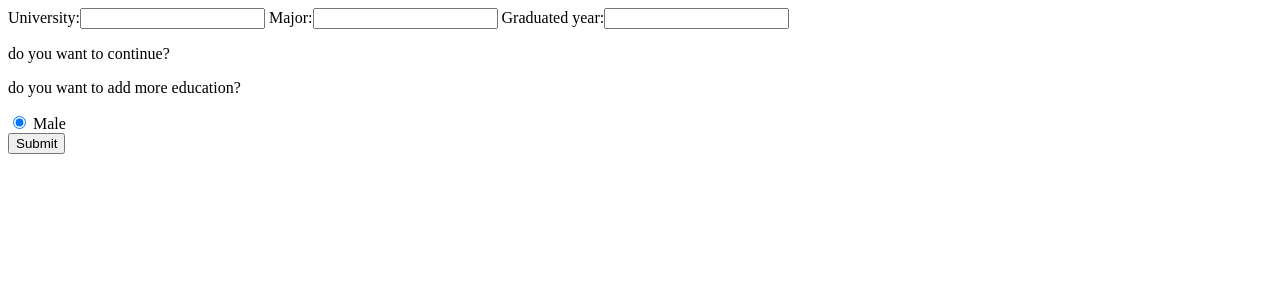
Repository: henokkeleta/SpringIt2
Page: http://localhost/WeekFour/Education_1.jsp
The author's editor kept a copy of each file at every save. The page is drawn from the files as they stood at one save, then again after the next save.
The browser window is 1280 px wide. The pictures show the whole page.
The page is served by Tomcat 9. Other server files are loaded and not shown.

Above is the page before, as saved 2017-06-16 15:59:34.

### WeekFour/WebContent/Education_1.jsp
<%@ page language="java" contentType="text/html; charset=UTF-8"
    pageEncoding="UTF-8"%>
<!DOCTYPE html PUBLIC "-//W3C//DTD HTML 4.01 Transitional//EN" "http://www.w3.org/TR/html4/loose.dtd">
<html>
<head>
<meta http-equiv="Content-Type" content="text/html; charset=UTF-8">
<title>Insert title here</title>
</head>
<body>
<form action = "ResumeServlet" method = "post">
University:<input type = "text" name = "University" >
Major:<input type = "text" name = "Major" >
Graduated year:<input type = "text" name = "GraduateYear" >
<p>do you want to continue?</p>
 <!--radio-->
 <p> do you want to add more education?</p>

  <input type="radio" name="more" value="" checked> Male<br>


<input type = "Submit" value = "Submit">
</form>

</body>
</html>

After the next save:
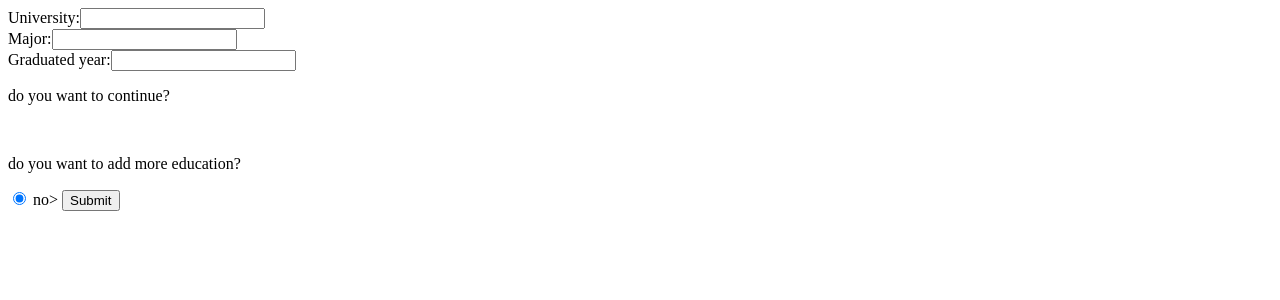
Saved 2 min 20 s later.
--- a/WeekFour/WebContent/Education_1.jsp
+++ b/WeekFour/WebContent/Education_1.jsp
@@ -8,14 +8,14 @@
 </head>
 <body>
 <form action = "ResumeServlet" method = "post">
-University:<input type = "text" name = "University" >
-Major:<input type = "text" name = "Major" >
-Graduated year:<input type = "text" name = "GraduateYear" >
-<p>do you want to continue?</p>
+University:<input type = "text" name = "University" ><br>
+Major:<input type = "text" name = "Major" ><br>
+Graduated year:<input type = "text" name = "GraduateYear" ><br>
+<p>do you want to continue?</p><br>
  <!--radio-->
  <p> do you want to add more education?</p>
 
-  <input type="radio" name="more" value="" checked> Male<br>
+  <input type="radio" name="more" value="yes" value="no"checked> no>
 
 
 <input type = "Submit" value = "Submit">
